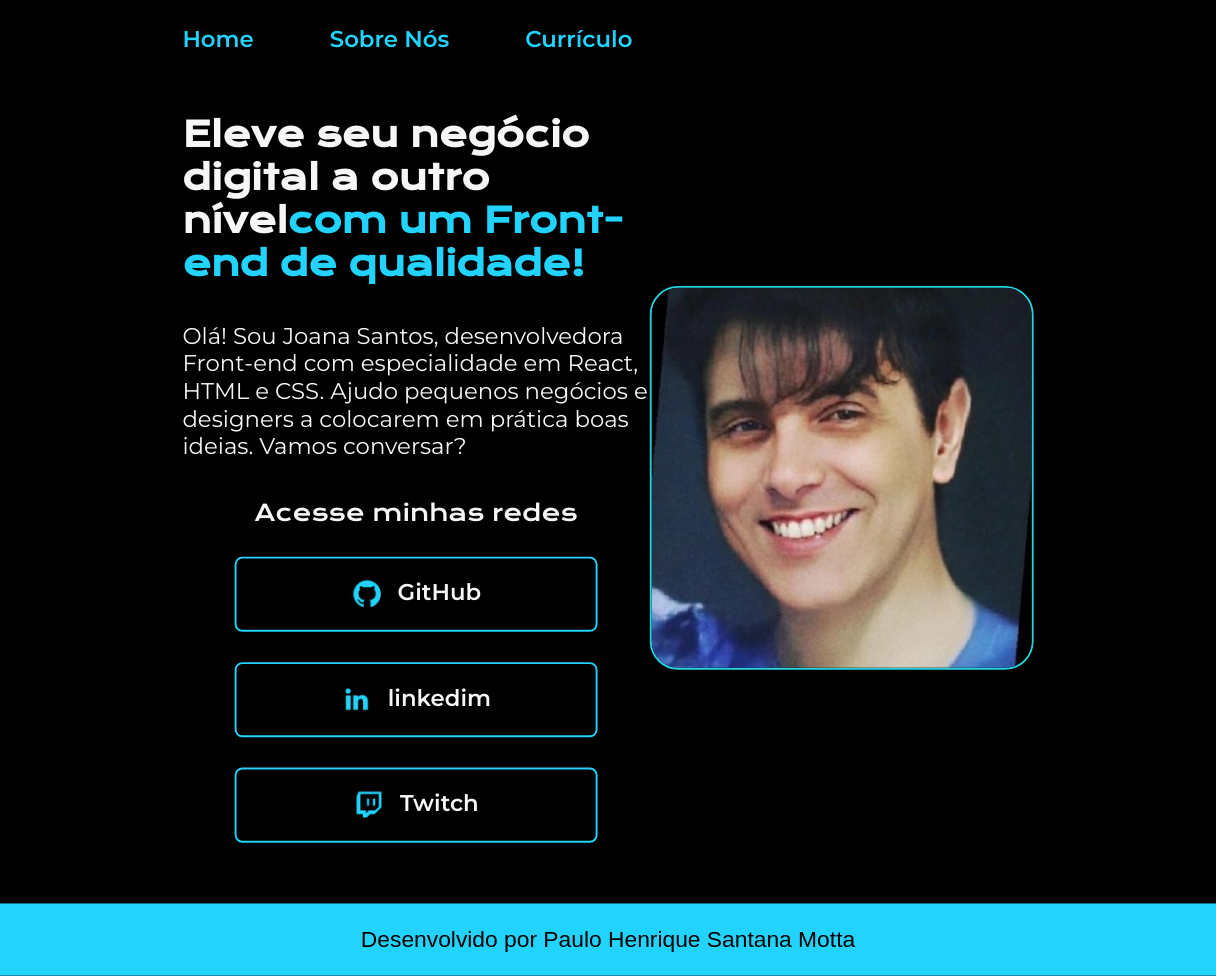
Repository: phsmottanerd/projeto-portfolio-alura
Page: index.html
An editor plug-in stored every save of this project. The page is shown before and after the next save, followed by the edit.
The browser window is 1280 px wide. The pictures show the whole page, at 95% of full size.

Above is the page before, as saved 2025-01-28 00:47:37.

After the next save:
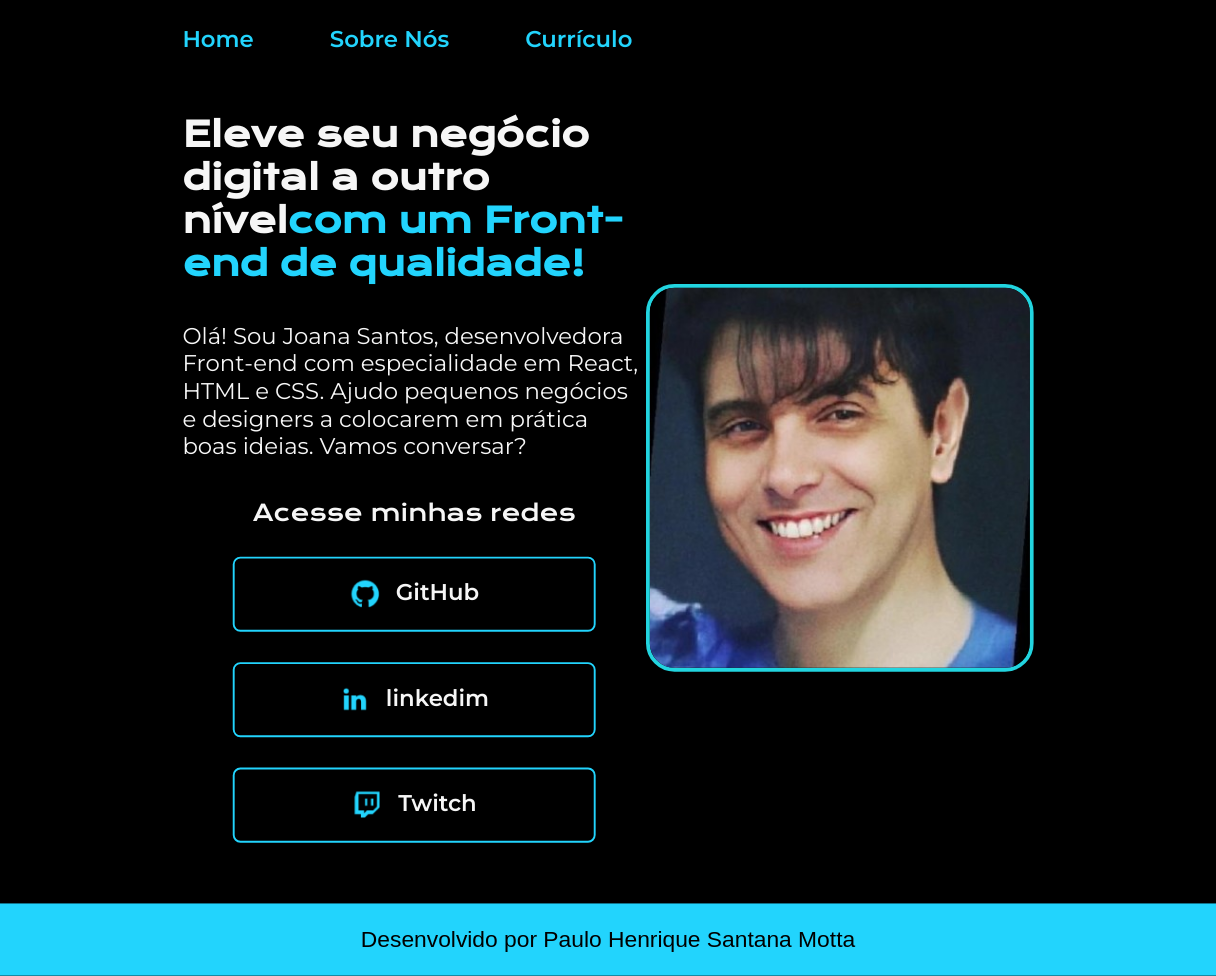
Saved 11 s later.
--- a/estilos/style.css
+++ b/estilos/style.css
@@ -103,7 +103,7 @@ font-family:"Montsearrat",sans-serif;
 }
 .img-foto{
 border-radius:30px;
-border: 2px solid #22D4DF;
+border: 4px solid #22D4DF;
 width: 500px;
 heighit: 500px;
 }
